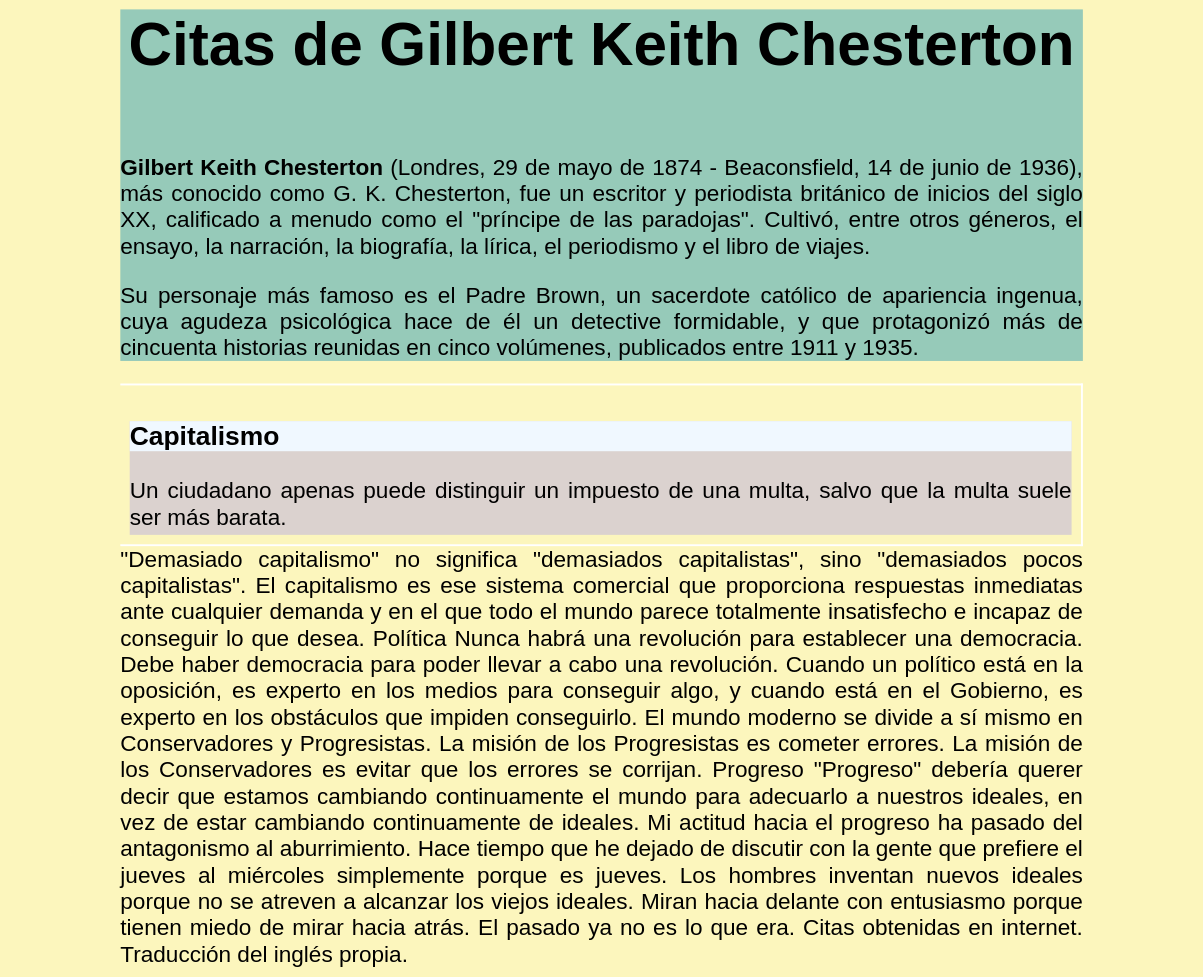
Repository: EmilyMachuca-Developer/Advanced-Programming-Projects
Page: index.html
The author's editor kept a copy of each file at every save. The page is drawn from the files as they stood at one save, then again after a run of saves.
The browser window is 1280 px wide. The pictures show the whole page, at 94% of full size.

Above is the page before, as saved 2024-02-26 20:31:35.

### index.html
<html lang="es">
<head>
<meta charset="utf-8">
<link rel="stylesheet" href="Taller 2/css/style.css">
<title>Emily Machuca</title>
</head>

<body>
    <div style="background-color: rgb(150, 202, 185);">
        <h1>Citas de Gilbert Keith Chesterton</h1> <br><br>
        <p><strong>Gilbert Keith Chesterton</strong> (Londres, 29 de mayo de 1874 - Beaconsfield, 14 de junio de 1936), más conocido como G. K. Chesterton, fue un escritor y periodista británico de inicios del siglo XX, calificado a menudo como el "príncipe de las paradojas". Cultivó, entre otros géneros, el ensayo, la narración, la biografía, la lírica, el periodismo y el libro de viajes.</p>
        <p>Su personaje más famoso es el Padre Brown, un sacerdote católico de apariencia ingenua, cuya agudeza psicológica hace de él un detective formidable, y que protagonizó más de cincuenta historias reunidas en cinco volúmenes, publicados entre 1911 y 1935.</p>
    </div>
    <main><section><div style="background-color: aliceblue;"><h3>Capitalismo</h3></div>

        <div><h19>Un ciudadano apenas puede distinguir un impuesto de una multa, salvo que la multa suele ser más barata.</h19></div></section></main>




"Demasiado capitalismo" no significa "demasiados capitalistas", sino "demasiados pocos capitalistas".

El capitalismo es ese sistema comercial que proporciona respuestas inmediatas ante cualquier demanda y en el que todo el mundo parece totalmente insatisfecho e incapaz de conseguir lo que desea.

Política

Nunca habrá una revolución para establecer una democracia. Debe haber democracia para poder llevar a cabo una revolución.

Cuando un político está en la oposición, es experto en los medios para conseguir algo, y cuando está en el Gobierno, es experto en los obstáculos que impiden conseguirlo.

El mundo moderno se divide a sí mismo en Conservadores y Progresistas. La misión de los Progresistas es cometer errores. La misión de los Conservadores es evitar que los errores se corrijan.

Progreso

"Progreso" debería querer decir que estamos cambiando continuamente el mundo para adecuarlo a nuestros ideales, en vez de estar cambiando continuamente de ideales.

Mi actitud hacia el progreso ha pasado del antagonismo al aburrimiento. Hace tiempo que he dejado de discutir con la gente que prefiere el jueves al miércoles simplemente porque es jueves.

Los hombres inventan nuevos ideales porque no se atreven a alcanzar los viejos ideales. Miran hacia delante con entusiasmo porque tienen miedo de mirar hacia atrás.

El pasado ya no es lo que era.

Citas obtenidas en internet. Traducción del inglés propia.
</body>
</html>

### Taller 2/css/style.css
body {
    margin: 10px 10%;
    background-color: fcf6bd;
    font-family: sans-serif;
    font-size: 1.5rem;
    text-align: justify;
  }

  header {
    padding: 0 10px;
    background-color: hwb(0 94% 6% / 0.767);
  }

  h1 {
    margin: 0;
    font-size: 4rem;
    text-align: center;
  }

  main {
    display: block;
    border: white 2px solid;
    padding: 10px;
    border-inline-start: 0cap;
  }

  section {
    padding-bottom: 5px;
    background-color: hwb(17 81% 14%)
  }

  section + section {
    margin-top: 40px;
  }

  h2 {
    margin: 0;
    padding-left: 10px;
    background-color: white;
  }

  section p {
    border: hwb(16 45% 27%)10px solid;
    margin: 20px 10%;
    padding: 10px;
    color: white;
    line-height: 200%;
  }

  footer {
    border-top: black 5px solid;
    margin: 20px 0;
    padding: 0 10px;
    background-color: hwb(15 50% 40%);
    font-size: 1.2rem;
  }

After the next 2 saves:
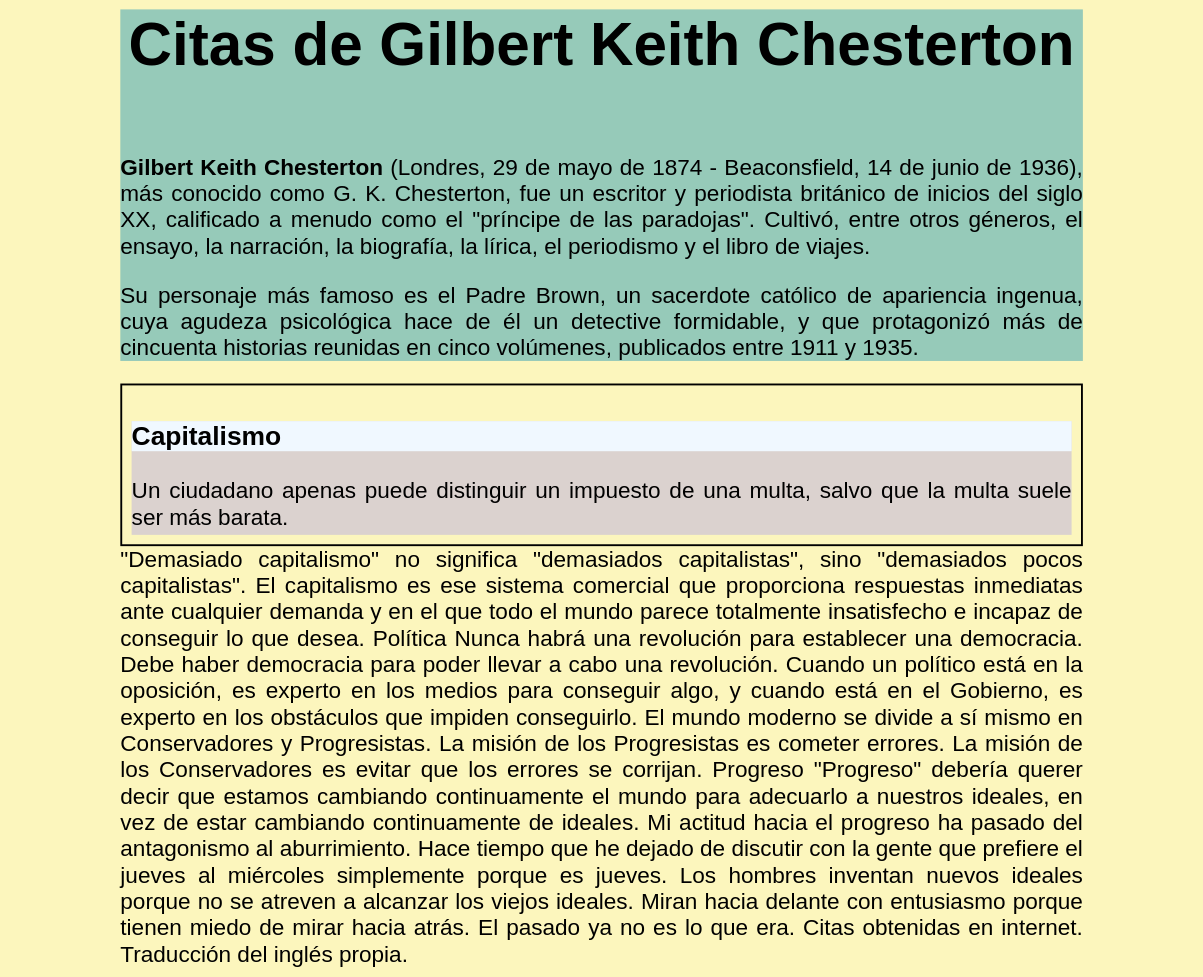
The 2 saves are shown as one change because they came seconds apart.
The last was saved 12 s later.
--- a/Taller 2/css/style.css
+++ b/Taller 2/css/style.css
@@ -19,9 +19,9 @@ body {
 
   main {
     display: block;
-    border: white 2px solid;
+    border: rgb(0, 0, 0) 2px solid;
     padding: 10px;
-    border-inline-start: 0cap;
+
   }
 
   section {
